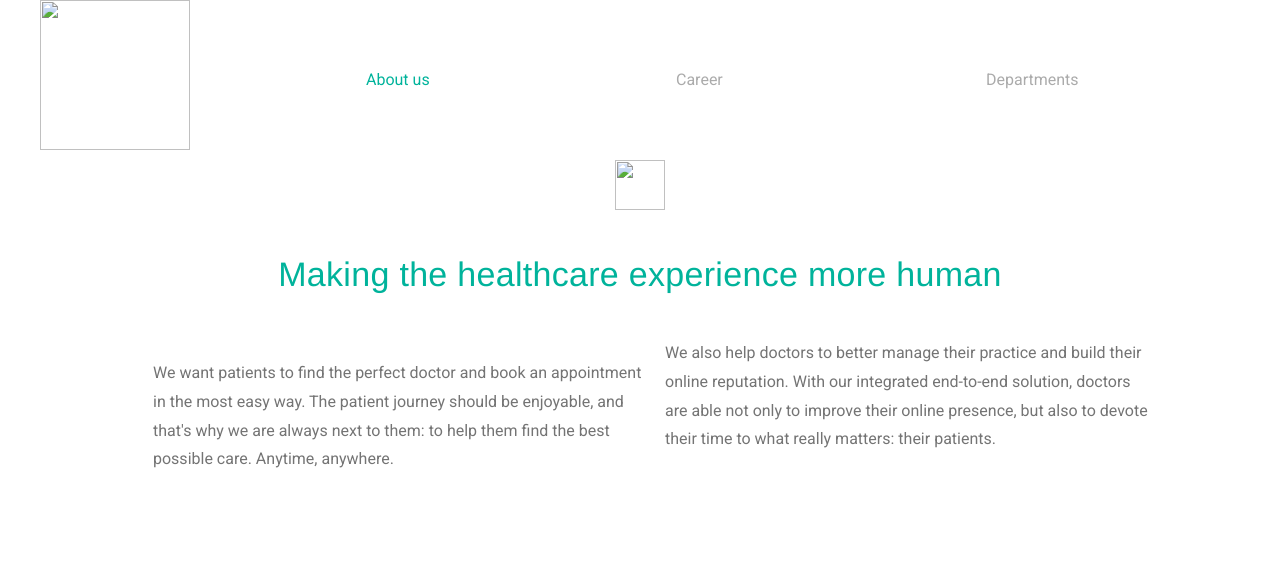
Repository: Hassanine-jaouadi/docplanner
Page: doc-panner.html
An editor plug-in stored every save of this project. The page is shown before and after the next save, followed by the edit.
The browser window is 1280 px wide. The pictures show the whole page.
Some web libraries are served in a nearby version.

Above is the page before, as saved 2020-01-17 11:00:13.

### doc-panner.html
<!DOCTYPE html>
<html lang="en">
<!--  the head -->

<head>
    <title> Docplanner Group </title>
    <meta charset="UTF-8">
    <meta name="viewport" content="width=device-width, initial-scale=1.0">
    <link rel="stylesheet" href="style.css">
    <link rel="icon" href="file:///Users/hjaouadi/Documents/Wistia/Doc-planner/it.docplanner-w130.png" type="image/gif"
        sizes="16x16">

    <script src="https://kit.fontawesome.com/7e294a499a.js" crossorigin="anonymous"></script>
    <link href="https://fonts.googleapis.com/css?family=Roboto&display=swap" rel="stylesheet">

</head>

<!--  the body -->

<body>
    <nav class=" flex-container">
        <ul class="flex-container">
            <li> <img src="file:///Users/hjaouadi/Documents/Wistia/Doc-planner/logo-default-group-en.svg"
                    class="docplanner-nav-logo" width="150" height="150" /></li>
            <li> <a href="https://www.docplanner.com/about-us" class=" is-current"> About us</a> </li>
            <li> <a href="https://www.docplanner.com/career" class="flex-item">Career</a> </li>
            <li> <a href="https://www.docplanner.com/departments" class="flex-item">Departments</a> </li>
        </ul>
    </nav>

    <div class="logo-under-nav"><img src="file:///Users/hjaouadi/Documents/Wistia/Doc-planner/it.docplanner-w130.png"
            width="50" height="50" />
    </div>

    <h1 class="main-h1"> Making the healthcare experience more human </h1>

    <!--  first two paragraphs -->
    <div class="first-two-paragraphs">
        <p class="paragraph-1">
            We want patients to find the perfect doctor and book an appointment in the most easy way. The patient
            journey should be enjoyable, and that's why we are always next to them: to help them find the best possible
            care. Anytime, anywhere.
        </p>

        <p class="paragraph-2">
            We also help doctors to better manage their practice and build their online reputation. With our integrated
            end-to-end solution, doctors are able not only to improve their online presence, but also to devote their
            time to what really matters: their patients.
        </p>

    </div>
</body>

</html>

### style.css
html,body
{
    width: 100%;
    height: 100%;
    margin: 0px;
    padding: 0px;
    overflow-x: hidden;
}
body {
    font-family: Helvetica Neue,Helvetica,Arial,sans-serif;
    color: #747474;
    -webkit-font-smoothing: antialiased;
}

* {
    box-sizing: border-box;
    margin: 0;
    font-family: 'Roboto', sans-serif;
    background-color: ffff;
    line-height: 1.8 ;

}

/* nav bar flex container */
.flex-container{
    display: flex;
    justify-content: space-between;
    align-items: center;
    justify-content: end;
    justify-content: right;
    width: 100%;
}

.flex-item {
    flex: 1;
    justify-content: flex-end;
   justify-items: flex-end;
}


.flex-container  a {
    color: #ababab;
    padding: 12px 16px;
    text-decoration: none ;
    display: block;

  }

.is-current {
    color: #00b39b !important;
}


  li {
      list-style: none;
      flex: 3;
 }

  .flex-container > :nth-child(1) {
    display: ri;
  }

 /* image under nav */

 .logo-under-nav {
     display: flex;
     justify-content: center;
 }

 div.logo-under-nav{
     width:100%;
 }

 /* the main h1 */
 h1  {
    display: flex;
    align-items: center;
    justify-content: center;
    margin: 1em 0;
    font-family: Helvetica Neue,Helvetica,Arial,sans-serif;
    font-weight: 300;
    letter-spacing: .3px;
    font-size: 2.125rem;
    color: #00b39b;
 }

 /* first two paragraphs  */
.first-two-paragraphs{
    display: flex;
    justify-content: center;
    justify-content: space-between;
    width:80%;

    margin-top: 0px;
    margin-right: 20px;
    margin-bottom: 0px;
    margin-left: 133px;

}

.paragraph-1{
    width: 50%;
    text-align: left;
    margin: 20px;
}
.paragraph-2{
    width: 50%;
    text-align: left;
    width: 50%;
}

 /* first two boxes for Patients and for Doctors */
 .first-two-boxes{
    display: flex;
    justify-content: center;
    justify-content: space-between;
    width:80%;

    margin-top: 0px;
    margin-right: 20px;
    margin-bottom: 0px;
    margin-left: 133px;

 }

 .box-for-patients {
    width: 50%;
    width: 50%;
    background-color: #00ccb1;
 }

After the next save:
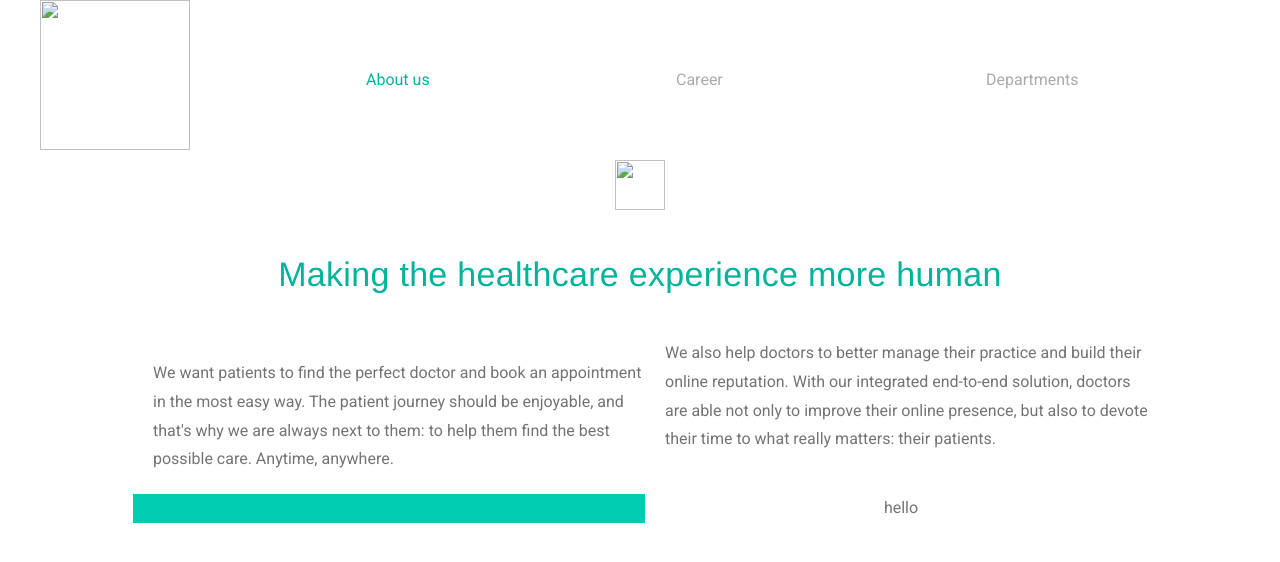
Saved 15 s later.
--- a/doc-panner.html
+++ b/doc-panner.html
@@ -22,7 +22,7 @@
         <ul class="flex-container">
             <li> <img src="file:///Users/hjaouadi/Documents/Wistia/Doc-planner/logo-default-group-en.svg"
                     class="docplanner-nav-logo" width="150" height="150" /></li>
-            <li> <a href="https://www.docplanner.com/about-us" class=" is-current"> About us</a> </li>
+            <li> <a href="https://www.docplanner.com/about-us" class="flex-item is-current"> About us</a> </li>
             <li> <a href="https://www.docplanner.com/career" class="flex-item">Career</a> </li>
             <li> <a href="https://www.docplanner.com/departments" class="flex-item">Departments</a> </li>
         </ul>
@@ -47,8 +47,14 @@
             end-to-end solution, doctors are able not only to improve their online presence, but also to devote their
             time to what really matters: their patients.
         </p>
+    </div>
+    <!--  first two boxes for Patients and for Doctors -->
+    <div class="first-two-boxes">
+        <div class="box-for-patients"> </div>
+        hello
+        <div class="box-for-doctors"> </div>
+    </div>
 
-    </div>
 </body>
 
 </html>
